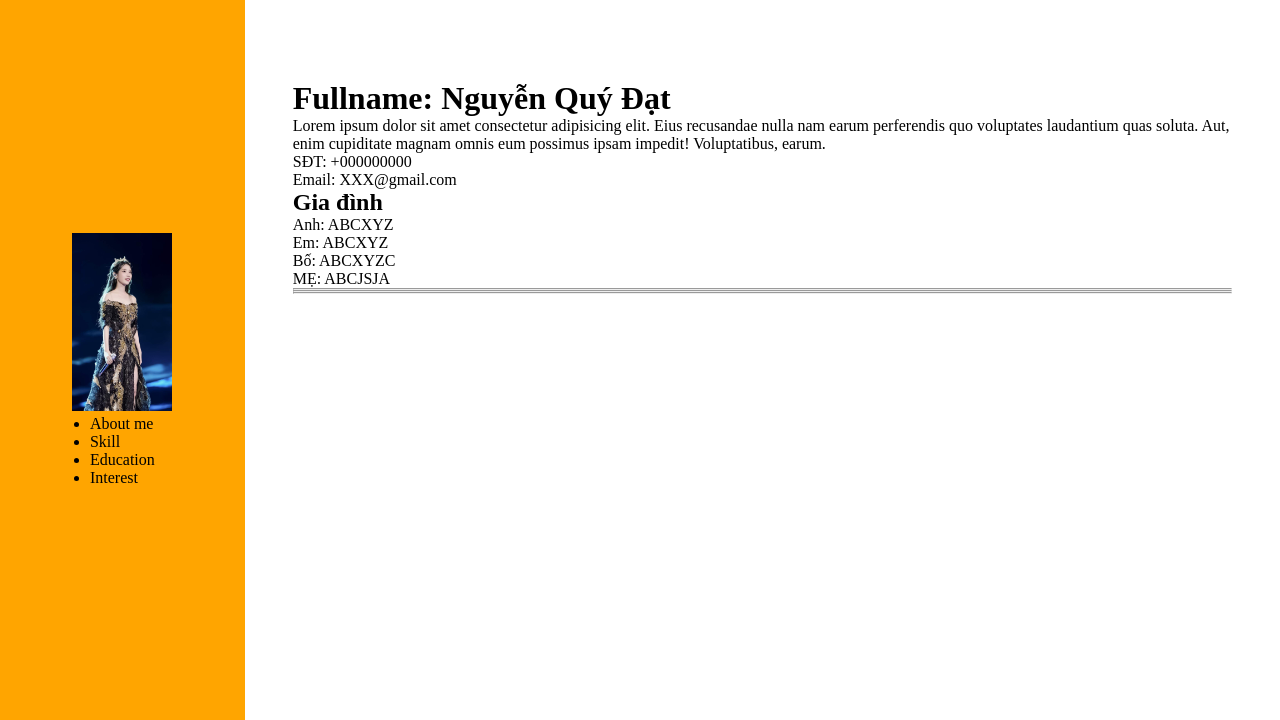
Repository: KinD2704/Web-University
Page: test/index.html
An editor plug-in stored every save of this project. The page is shown before and after the next save, followed by the edit.
The browser window is 1280 px wide. The pictures show the whole page.

Above is the page before, as saved 2023-12-01 22:37:14.

After the next save:
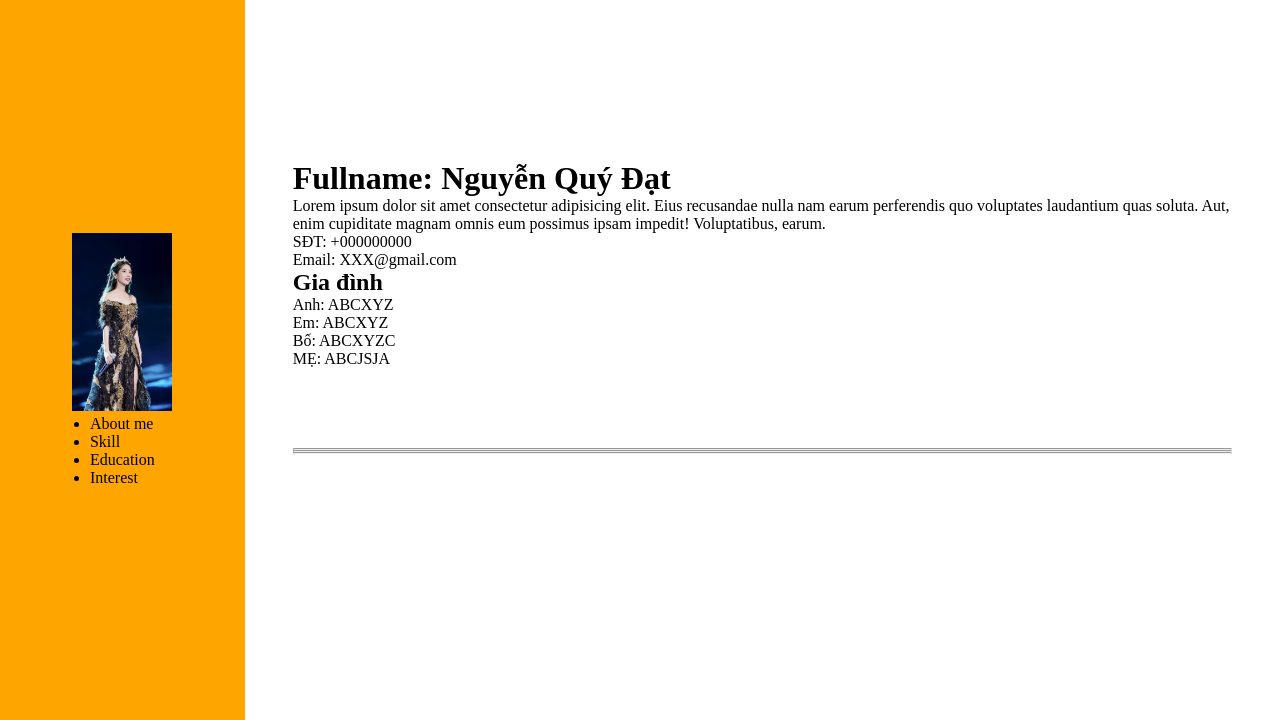
Saved 55 s later.
--- a/test/style.css
+++ b/test/style.css
@@ -18,3 +18,6 @@
 .main .para {
     padding: 5rem 3rem;
 }
+.main .para .aboutme {
+    padding: 5rem 0;
+}

After the save that followed:
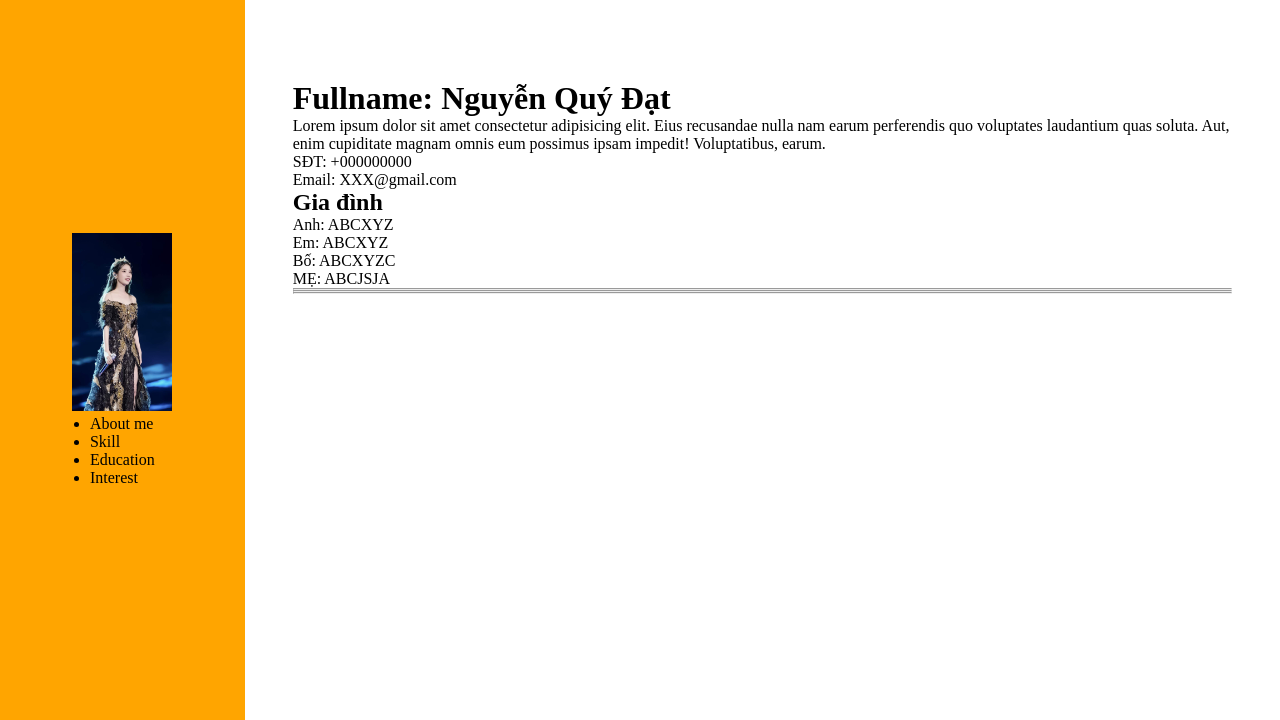
Saved 26 s later.
--- a/test/style.css
+++ b/test/style.css
@@ -19,5 +19,5 @@
     padding: 5rem 3rem;
 }
 .main .para .aboutme {
-    padding: 5rem 0;
+    /* padding: 5rem 0; */
 }
